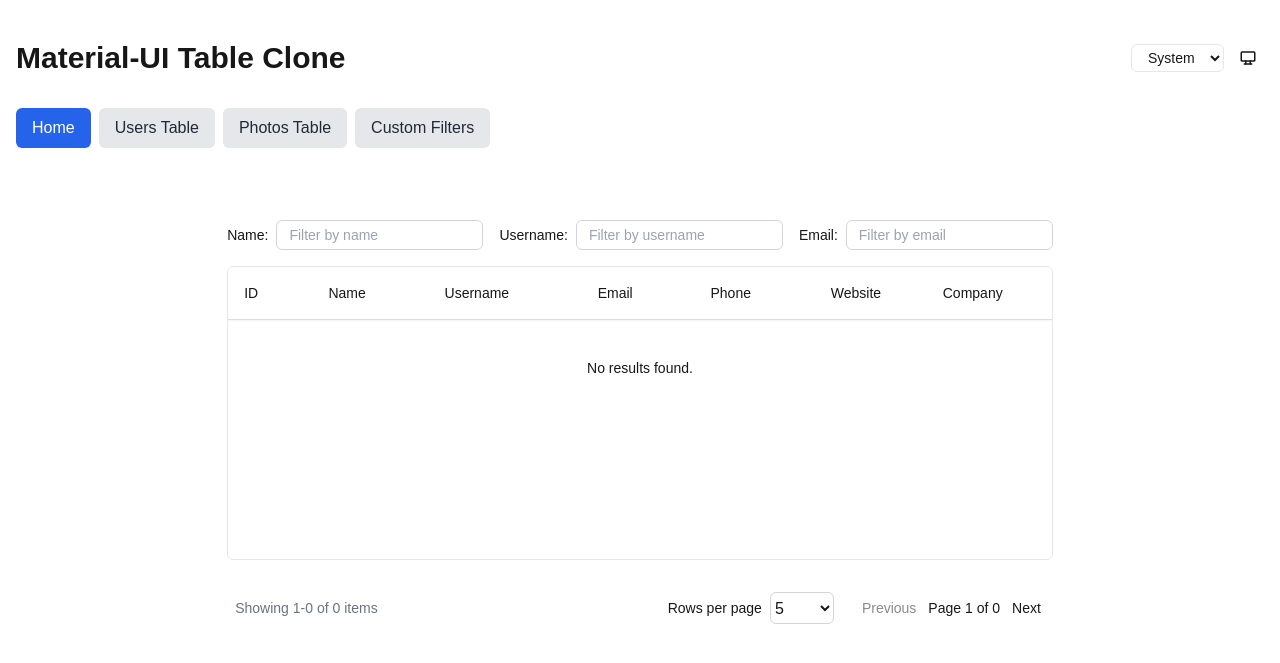
Repository: Dvirco1234/mini-mui-table
Page: /
An editor plug-in stored every save of this project. The page is shown before and after the next save, followed by the edit.
The browser window is 1280 px wide. The pictures show the whole page.
The page's requests for data from a server got no answer. The project was rebuilt for these pictures with package versions that can differ from the ones it lists, and the page was loaded fresh each time. The framework's server and built-in components were replaced by stand-ins that run in the browser. No one was signed in, and anything a server would have sent is missing. Also part of the build but not shown: next.config.ts.

Above is the page before, as saved 2025-03-03 21:59:18.

### src/app/layout.tsx
import type { Metadata } from "next";
import { Geist, Geist_Mono } from "next/font/google";
import "./globals.css";
import { ThemeProvider } from "@/components/theme/ThemeProvider";
import { Navigation } from "@/components/layout/Navigation";

const geistSans = Geist({
  variable: "--font-geist-sans",
  subsets: ["latin"],
});

const geistMono = Geist_Mono({
  variable: "--font-geist-mono",
  subsets: ["latin"],
});

export const metadata: Metadata = {
  title: "Create Next App",
  description: "Generated by create next app",
};

export default function RootLayout({
  children,
}: Readonly<{
  children: React.ReactNode;
}>) {
  return (
    <html lang="en" className="h-screen overflow-hidden">
      <body
        className={`${geistSans.variable} ${geistMono.variable} antialiased h-full max-h-screen`}
      >
        <ThemeProvider defaultTheme="system" storageKey="mini-mui-table-theme">
          <main className="h-screen">
            <div className="mx-auto py-10 px-4 h-full flex flex-col">
              <Navigation />
              {children}
            </div>
          </main>
        </ThemeProvider>
      </body>
    </html>
  );
}

### src/app/page.tsx
import { ThemeToggle } from "@/components/theme/ThemeToggle";
import { UserTable } from "@/components/demo/UserTable";
import { CustomFiltersDemo } from "@/components/demo/CustomFiltersDemo";

export default function Home() {
  return (
    <div className="mx-auto py-10 px-4 h-full flex flex-col">
      {/* <div className="flex justify-between items-center mb-8">
        <h1 className="text-3xl font-bold">Material-UI Table Clone</h1>
        <ThemeToggle />
      </div> */}
      <UserTable />
      {/* <CustomFiltersDemo /> */}
    </div>
  );
}

### src/components/theme/ThemeProvider.tsx
"use client";

import { createContext, useContext, useEffect, useState } from "react";

export type Theme = "dark" | "light" | "system";

type ThemeProviderProps = {
  children: React.ReactNode;
  defaultTheme?: Theme;
  storageKey?: string;
};

type ThemeProviderState = {
  theme: Theme;
  setTheme: (theme: Theme) => void;
};

const initialState: ThemeProviderState = {
  theme: "system",
  setTheme: () => null,
};

const ThemeProviderContext = createContext<ThemeProviderState>(initialState);

export function ThemeProvider({
  children,
  defaultTheme = "system",
  storageKey = "mini-mui-table-theme",
  ...props
}: ThemeProviderProps) {
  const [theme, setTheme] = useState<Theme>(defaultTheme);

  useEffect(() => {
    const savedTheme = localStorage.getItem(storageKey) as Theme | null;

    if (savedTheme) {
      setTheme(savedTheme);
    }
  }, [storageKey]);

  useEffect(() => {
    const root = window.document.documentElement;

    root.classList.remove("light", "dark");

    if (theme === "system") {
      const systemTheme = window.matchMedia("(prefers-color-scheme: dark)")
        .matches
        ? "dark"
        : "light";

      root.classList.add(systemTheme);
      return;
    }

    root.classList.add(theme);
  }, [theme]);

  const value = {
    theme,
    setTheme: (theme: Theme) => {
      localStorage.setItem(storageKey, theme);
      setTheme(theme);
    },
  };

  return (
    <ThemeProviderContext.Provider {...props} value={value}>
      {children}
    </ThemeProviderContext.Provider>
  );
}

export const useTheme = () => {
  const context = useContext(ThemeProviderContext);

  if (context === undefined) {
    throw new Error("useTheme must be used within a ThemeProvider");
  }

  return context;
};

### src/components/layout/Navigation.tsx
"use client";

import Link from "next/link";
import { usePathname } from "next/navigation";
import { ThemeToggle } from "@/components/theme/ThemeToggle";

const navItems = [
  { name: "Home", path: "/" },
  { name: "Users Table", path: "/users" },
  { name: "Photos Table", path: "/photos" },
  { name: "Custom Filters", path: "/custom-filters" },
];

export function Navigation() {
  const pathname = usePathname();

  return (
    <div className="w-full">
      <div className="flex justify-between items-center mb-8">
        <h1 className="text-3xl font-bold">Material-UI Table Clone</h1>
        <ThemeToggle />
      </div>

      <nav className="mb-8">
        <ul className="flex flex-wrap gap-2">
          {navItems.map((item) => (
            <li key={item.path}>
              <Link
                href={item.path}
                className={`px-4 py-2 rounded-md inline-block transition-colors ${
                  pathname === item.path
                    ? "bg-blue-600 text-white"
                    : "bg-gray-200 text-gray-800 hover:bg-gray-300 dark:bg-gray-700 dark:text-gray-200 dark:hover:bg-gray-600"
                }`}
              >
                {item.name}
              </Link>
            </li>
          ))}
        </ul>
      </nav>
    </div>
  );
}

### src/components/demo/UserTable.tsx
"use client";

import { useState, useEffect } from "react";
import { Table } from "@/components/ui/table";
import { User, Column } from "@/types";
import { fetchUsers, FetchUsersParams } from "@/lib/api";

const columns: Column[] = [
  { id: "id", label: "ID", sortable: true },
  { id: "name", label: "Name", sortable: true, filterable: true },
  { id: "username", label: "Username", sortable: true, filterable: true },
  { id: "email", label: "Email", sortable: true, filterable: true },
  { id: "phone", label: "Phone", sortable: true },
  {
    id: "website",
    label: "Website",
    render: (row: User) => (
      <a
        href={`https://${row.website}`}
        target="_blank"
        rel="noopener noreferrer"
        className="text-blue-600 hover:underline"
      >
        {row.website}
      </a>
    ),
  },
  {
    id: "company",
    label: "Company",
    render: (row: User) => row.company.name,
  },
];

export function UserTable() {
  // State for table data and controls
  const [data, setData] = useState<User[]>([]);
  const [loading, setLoading] = useState(true);
  const [totalItems, setTotalItems] = useState(0);

  // Pagination state
  const [currentPage, setCurrentPage] = useState(1);
  const [pageSize, setPageSize] = useState(5);

  // Sorting state
  const [sortField, setSortField] = useState<string | undefined>(undefined);
  const [sortOrder, setSortOrder] = useState<"asc" | "desc" | "none">("asc");

  // Filtering state
  const [filters, setFilters] = useState<Record<string, string>>({});

  // Fetch data when dependencies change
  useEffect(() => {
    const loadData = async () => {
      setLoading(true);
      try {
        const params: FetchUsersParams = {
          page: currentPage,
          limit: pageSize,
          sort: sortField,
          order: sortOrder,
          filter: filters,
        };
        const { users, total } = await fetchUsers(params);
        setData(users);
        setTotalItems(total);
      } catch (error) {
        console.error("Error loading data:", error);
      } finally {
        setLoading(false);
      }
    };

    loadData();
  }, [currentPage, pageSize, sortField, sortOrder, filters]);

  // Handle page change
  const handlePageChange = (page: number) => {
    setCurrentPage(page);
  };

  // Handle page size change
  const handlePageSizeChange = (size: number) => {
    setPageSize(size);
    setCurrentPage(1); // Reset to first page when changing page size
  };

  // Handle sorting
  const handleSort = (field: string, order?: "asc" | "desc") => {
    if (!field) {
      // Clear sorting
      setSortField(undefined);
      setSortOrder("none");
    } else if (order) {
      // Set specific order
      setSortField(field);
      setSortOrder(order);
    } else {
      // Toggle order
      if (sortField === field) {
        setSortOrder(sortOrder === "asc" ? "desc" : "none");
        if (sortOrder === "desc") {
          setSortField(undefined);
        }
      } else {
        setSortField(field);
        setSortOrder("asc");
      }
    }
  };

  // Handle filtering
  const handleFilterChange = (field: string, value: string) => {
    setFilters((prev) => ({
      ...prev,
      [field]: value,
    }));
    setCurrentPage(1); // Reset to first page when applying filters
  };

  return (
    <Table<User>
      data={data}
      columns={columns}
      loading={loading}
      // Pagination
      currentPage={currentPage}
      pageSize={pageSize}
      totalItems={totalItems}
      onPageChange={handlePageChange}
      onPageSizeChange={handlePageSizeChange}
      // Sorting
      sortField={sortField}
      sortOrder={sortOrder}
      onSort={handleSort}
      // Filter
      filters={filters}
      onFilterChange={handleFilterChange}
      bordered={true}
      slots={{}}
    />
  );
}

### src/components/theme/ThemeToggle.tsx
"use client";

import { Theme, useTheme } from "./ThemeProvider";
import { IconMoon, IconSun, IconDeviceDesktop } from "@tabler/icons-react";

export function ThemeToggle() {
  const { theme, setTheme } = useTheme();

  return (
    <div className="flex items-center space-x-2">
      <select
        value={theme}
        onChange={(e: React.ChangeEvent<HTMLSelectElement>) =>
          setTheme(e.target.value as Theme)
        }
        className="bg-background border focus:ring-0 rounded-md px-3 py-1 text-sm focus:outline-none focus:ring-2 focus:ring-primary"
      >
        <option value="light">Light</option>
        <option value="dark">Dark</option>
        <option value="system">System</option>
      </select>

      <div className="flex items-center justify-center w-8 h-8">
        {theme === "light" && <IconSun size={18} />}
        {theme === "dark" && <IconMoon size={18} />}
        {theme === "system" && <IconDeviceDesktop size={18} />}
      </div>
    </div>
  );
}

### src/components/ui/table/index.ts
export * from './Table';
export * from './TableHead';
export * from './TableBody';
export * from './TableRow';
export * from './TableCell';
export * from './TablePagination';
export * from './TableFilters';
export * from './TableSorters';

### src/lib/api.ts
import { User } from '@/types';

export interface FetchUsersParams {
  page?: number;
  limit?: number;
  sort?: string;
  order?: 'asc' | 'desc' | 'none';
  filter?: Record<string, string>;
}

export async function fetchUsers({
  page = 1,
  limit = 100,
  sort,
  order = 'asc',
  filter,
}: FetchUsersParams = {}): Promise<{ users: User[]; total: number }> {
  let url = `https://jsonplaceholder.typicode.com/users?_page=${page}&_limit=${limit}`;

  if (sort && order !== 'none') {
    url += `&_sort=${sort}&_order=${order}`;
  }

  if (filter) {
    Object.entries(filter).forEach(([key, value]) => {
      if (value) {
        url += `&${key}_like=${value}`;
      }
    });
  }

  const response = await fetch(url);
  const total = Number(response.headers.get('x-total-count') || '0');
  const users = await response.json();

  return { users, total };
}

### src/components/ui/table/TableHead.tsx
import React, { forwardRef } from 'react';
import { cn } from '@/lib/utils';

export interface TableHeadProps extends React.HTMLAttributes<HTMLTableSectionElement> {
  children: React.ReactNode;
}

const TableHead = forwardRef<HTMLTableSectionElement, TableHeadProps>(
  ({ className, ...props }, ref) => {
    return (
      <thead
        ref={ref}
        className={cn("shadow-sm sticky top-0 bg-background", className)}
        {...props}
      />
    );
  }
);

TableHead.displayName = "TableHead";

export { TableHead };

### src/components/ui/table/TableBody.tsx
import React, { forwardRef } from 'react';
import { cn } from '@/lib/utils';

export interface TableBodyProps extends React.HTMLAttributes<HTMLTableSectionElement> {
  children: React.ReactNode;
}

const TableBody = forwardRef<HTMLTableSectionElement, TableBodyProps>(
  ({ className, ...props }, ref) => {
    return (
      <tbody
        ref={ref}
        className={cn("[&_tr:last-child]:border-0", className)}
        {...props}
      />
    );
  }
);

TableBody.displayName = "TableBody";

export { TableBody };

### src/components/ui/table/TableRow.tsx
import React, { forwardRef } from "react";
import { cn } from "@/lib/utils";

export interface TableRowProps
  extends React.HTMLAttributes<HTMLTableRowElement> {
  children: React.ReactNode;
  rowHeight?: number | string;
}

const TableRow = forwardRef<HTMLTableRowElement, TableRowProps>(
  ({ className, rowHeight, ...props }, ref) => {
    return (
      <tr
        ref={ref}
        className={cn(
          "border-b transition-colors hover:bg-muted/50 data-[state=selected]:bg-muted",
          className
        )}
        style={{
          height: rowHeight ? (typeof rowHeight === 'number' ? `${rowHeight}px` : rowHeight) : 'auto'
        }}
        {...props}
      />
    );
  }
);

TableRow.displayName = "TableRow";

export { TableRow };

### src/components/ui/table/TableCell.tsx
import React, { forwardRef } from 'react';
import { cn } from '@/lib/utils';

export interface TableCellProps extends React.TdHTMLAttributes<HTMLTableCellElement> {
  children: React.ReactNode;
}

const TableCell = forwardRef<HTMLTableCellElement, TableCellProps>(
  ({ className, ...props }, ref) => {
    return (
      <td
        ref={ref}
        className={cn("p-4 align-middle [&:has([role=checkbox])]:pr-0 group", className)}
        {...props}
      />
    );
  }
);

TableCell.displayName = "TableCell";

export { TableCell };

### src/components/ui/table/TablePagination.tsx
import React from 'react';
import { cn } from '@/lib/utils';

export interface TablePaginationProps {
  currentPage: number;
  totalPages: number;
  pageSize: number;
  totalItems: number;
  onPageChange: (page: number) => void;
  onPageSizeChange?: (pageSize: number) => void;
  pageSizeOptions?: number[];
  className?: string;
}

const TablePagination: React.FC<TablePaginationProps> = ({
  currentPage,
  totalPages,
  pageSize,
  totalItems,
  onPageChange,
  onPageSizeChange,
  pageSizeOptions = [5, 10, 25, 50],
  className,
}) => {
  const startItem = (currentPage - 1) * pageSize + 1;
  const endItem = Math.min(currentPage * pageSize, totalItems);

  return (
    <div className={cn("flex items-center justify-between px-2 py-4", className)}>
      <div className="text-sm text-gray-500">
        Showing {startItem}-{endItem} of {totalItems} items
      </div>
      <div className="flex items-center space-x-6">
        <div className="flex items-center space-x-2">
          <p className="text-sm font-medium">Rows per page</p>
          <select
            className="h-8 w-16 rounded-md border border-gray-300 bg-background outline-none focus:border-blue-500 focus:dark:border-white"
            value={pageSize}
            onChange={(e) => onPageSizeChange?.(Number(e.target.value))}
          >
            {pageSizeOptions.map((option) => (
              <option key={option} value={option}>
                {option}
              </option>
            ))}
          </select>
        </div>
        <div className="flex items-center space-x-2">
          <button
            className="inline-flex items-center justify-center rounded-md p-1 text-sm font-medium transition-colors hover:bg-gray-100 disabled:opacity-50"
            onClick={() => onPageChange(currentPage - 1)}
            disabled={currentPage === 1}
          >
            Previous
          </button>
          <div className="text-sm font-medium">
            Page {currentPage} of {totalPages}
          </div>
          <button
            className="inline-flex items-center justify-center rounded-md p-1 text-sm font-medium transition-colors hover:bg-gray-100 disabled:opacity-50"
            onClick={() => onPageChange(currentPage + 1)}
            disabled={currentPage === totalPages}
          >
            Next
          </button>
        </div>
      </div>
    </div>
  );
};

export { TablePagination };

### src/components/ui/table/TableFilters.tsx
import React from 'react';
import { cn } from '@/lib/utils';
import { Column } from '@/types';

export interface TableFiltersProps {
  columns: Column[];
  filters: Record<string, string>;
  onFilterChange: (field: string, value: string) => void;
  className?: string;
}

/**
 * TableFilters component that renders a set of filters for each filterable column.
 * Currently only supports text-based filtering.
 */
const TableFilters: React.FC<TableFiltersProps> = ({
  columns,
  filters,
  onFilterChange,
  className,
}) => {
  const filterableColumns = columns.filter(column => column.filterable);

  if (filterableColumns.length === 0) {
    return null;
  }

  return (
    <div className={cn("flex flex-wrap gap-4 mb-4", className)}>
      {filterableColumns.map(column => (
        <div key={`filter-${column.id}`} className="flex items-center">
          <label htmlFor={`filter-${column.id}`} className="mr-2 text-sm font-medium">
            {column.label}:
          </label>
          <input
            id={`filter-${column.id}`}
            type="text"
            className="rounded-md border bg-background outline-none border-gray-300 focus:border-blue-500 focus:dark:border-white px-3 py-1 text-sm"
            value={filters[column.id] || ''}
            onChange={(e) => onFilterChange(column.id, e.target.value)}
            placeholder={`Filter by ${column.label.toLowerCase()}`}
          />
        </div>
      ))}
    </div>
  );
};

export { TableFilters };

### src/components/ui/table/TableSorters.tsx
import React from 'react';
import { cn } from '@/lib/utils';
import { Column } from '@/types';
import { IconArrowUp, IconArrowDown } from '@tabler/icons-react';

export interface TableSortersProps {
  column: Column;
  sortField?: string;
  sortOrder: 'asc' | 'desc' | 'none';
  onSort: (field: string, order?: 'asc' | 'desc') => void;
  className?: string;
}

const TableSorters: React.FC<TableSortersProps> = ({
  column,
  sortField,
  sortOrder,
  onSort,
  className,
}) => {
  if (!column.sortable) {
    return <span className={className}>{column.label}</span>;
  }

  const handleSort = () => {
    if (sortField !== column.id) {
      // First click - sort ascending
      onSort(column.id, 'asc');
    } else if (sortOrder === 'asc') {
      // Second click - sort descending
      onSort(column.id, 'desc');
    } else {
      // Third click - clear sorting
      onSort('');
    }
  };

  const isActive = sortField === column.id;

  return (
    <div
      className={cn(
        "w-full h-full flex items-center justify-between cursor-pointer",
        className
      )}
      onClick={handleSort}
    >
      <span>{column.label}</span>
      <div className="flex items-center">
        {isActive ? (
          sortOrder === 'asc' ? (
            <IconArrowUp size={16} className="text-primary" />
          ) : (
            <IconArrowDown size={16} className="text-primary" />
          )
        ) : (
          <IconArrowUp size={16} className="text-muted-foreground opacity-0 group-hover:opacity-100 transition-opacity" />
        )}
      </div>
    </div>
  );
};

export { TableSorters };

### tailwind.config.ts
import type { Config } from 'tailwindcss';

const config: Config = {
  darkMode: 'class',
  content: [
    './src/pages/**/*.{js,ts,jsx,tsx,mdx}',
    './src/components/**/*.{js,ts,jsx,tsx,mdx}',
    './src/app/**/*.{js,ts,jsx,tsx,mdx}',
  ],
  theme: {
    extend: {
      colors: {
        background: 'var(--background)',
        foreground: 'var(--foreground)',
        border: {
          DEFAULT: 'hsl(var(--border))',
        },
        input: {
          DEFAULT: 'hsl(var(--input))',
        },
        ring: {
          DEFAULT: 'hsl(var(--ring))',
        },
        muted: {
          DEFAULT: 'hsl(var(--muted))',
          foreground: 'hsl(var(--muted-foreground))',
        },
        accent: {
          DEFAULT: 'hsl(var(--accent))',
          foreground: 'hsl(var(--accent-foreground))',
        },
        primary: {
          DEFAULT: 'hsl(var(--primary))',
          foreground: 'hsl(var(--primary-foreground))',
        },
        secondary: {
          DEFAULT: 'hsl(var(--secondary))',
          foreground: 'hsl(var(--secondary-foreground))',
        },
        destructive: {
          DEFAULT: 'hsl(var(--destructive))',
          foreground: 'hsl(var(--destructive-foreground))',
        },
        card: {
          DEFAULT: 'hsl(var(--card))',
          foreground: 'hsl(var(--card-foreground))',
        },
      },
      fontFamily: {
        sans: ['var(--font-geist-sans)'],
        mono: ['var(--font-geist-mono)'],
      },
    },
  },
  plugins: [],
};

export default config;

Loaded but not shown: src/app/globals.css (common file); src/lib/utils.ts (common file); src/components/ui/table/Table.tsx (225 lines, source omitted)

After the next save:
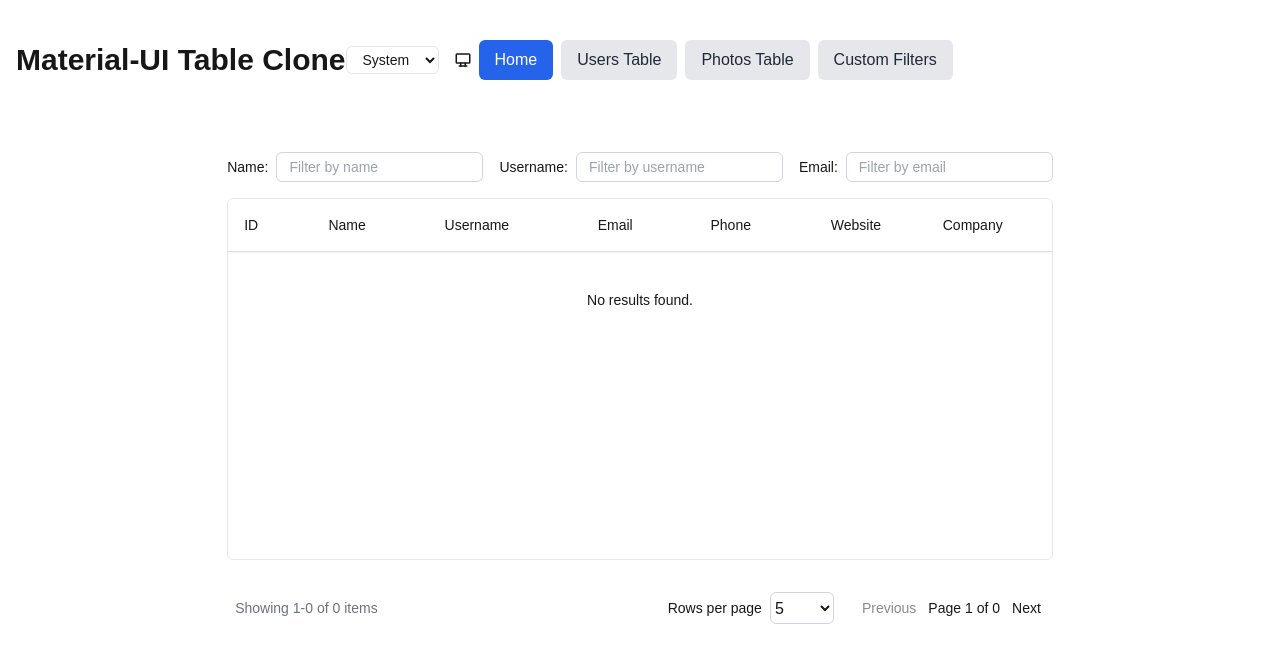
Saved 71 s later.
--- a/src/components/layout/Navigation.tsx
+++ b/src/components/layout/Navigation.tsx
@@ -15,7 +15,7 @@ export function Navigation() {
   const pathname = usePathname();
 
   return (
-    <div className="w-full">
+    <div className="w-full flex">
       <div className="flex justify-between items-center mb-8">
         <h1 className="text-3xl font-bold">Material-UI Table Clone</h1>
         <ThemeToggle />
